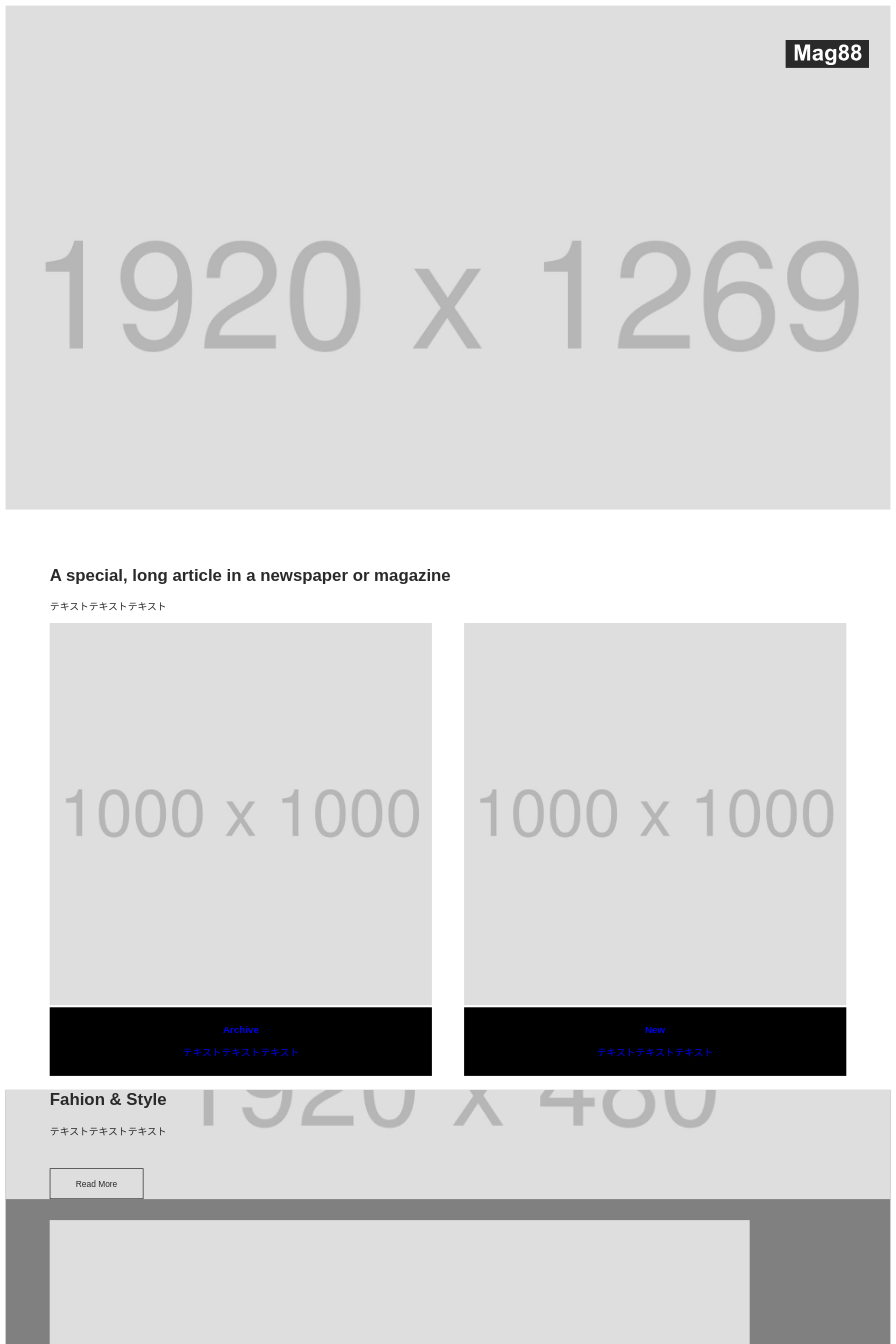
Repository: Fuki-san/bookstore
Page: http://localhost/book
These files come from the project's save history. The page is drawn as it stood at one moment and after a run of saves; the edit follows.
The browser window is 1280 px wide. The pictures show the part of the page from y = 0 to 1920 px (the page is 3920 px tall), at 70% of full size.
The page is served by the project's Laravel application, run on PHP 8.4 with Laravel 10.

Above is the page before, as saved 2023-11-21 13:48:28.

After the next 4 saves:
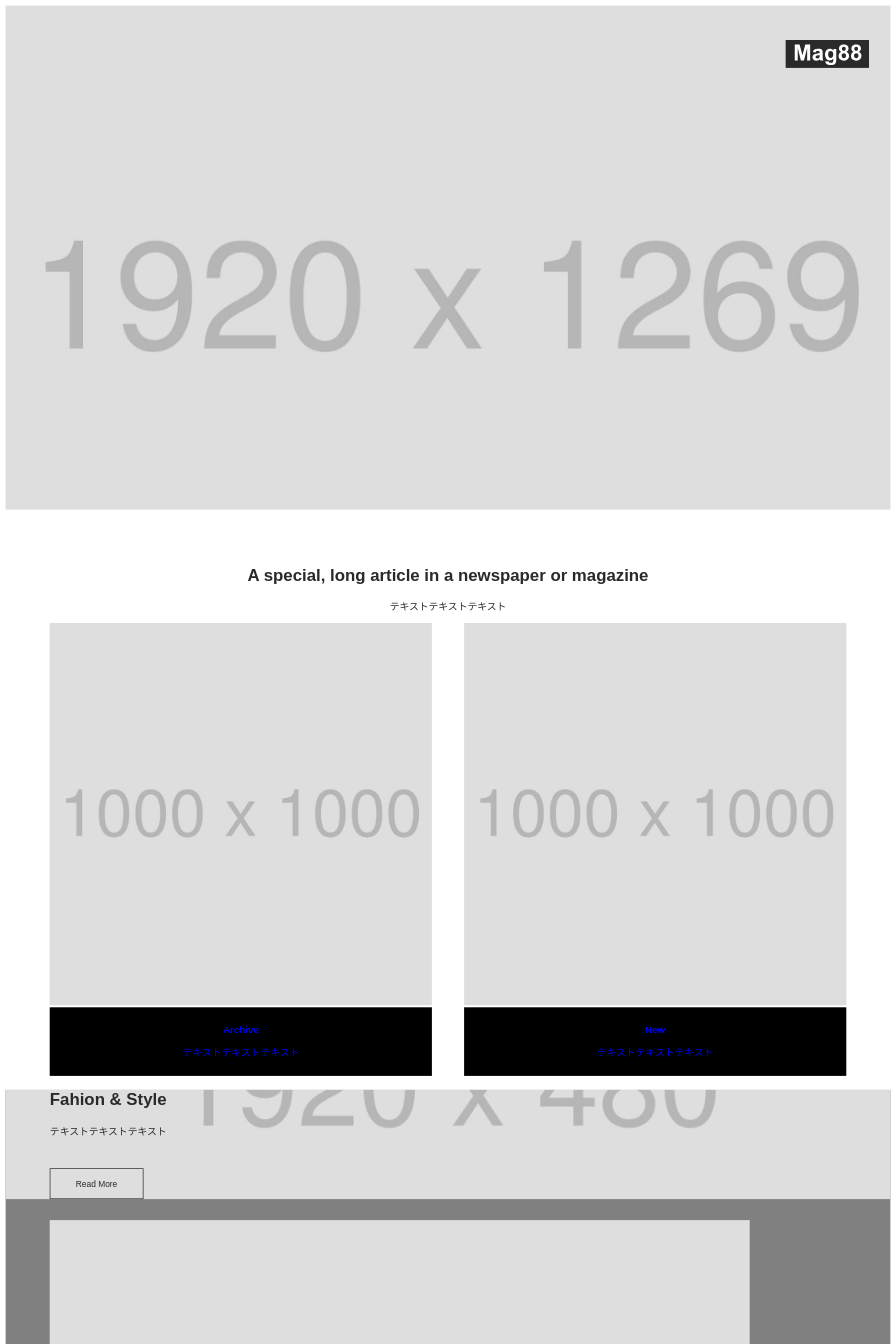
The 4 saves are shown as one change because they came seconds apart.
The last was saved 16 s later.
--- a/public/css/style.css
+++ b/public/css/style.css
@@ -63,7 +63,9 @@ li{
     align-items: center;
 }
 /* magazine */
-
+#magazine{
+    text-align: center;
+}
 
 
 #magazine .flex-item .item{
